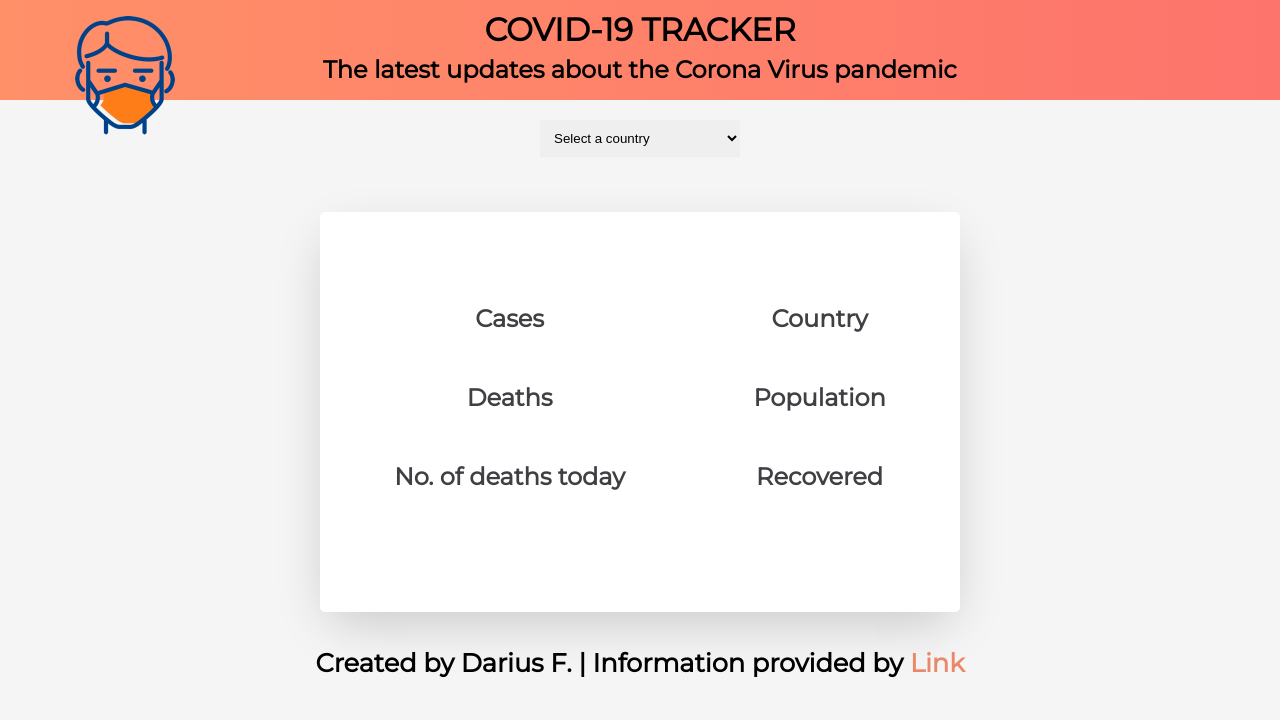
Repository: dariusfarcasanu/Covid-Tracker
Page: index.html
The author's editor kept a copy of each file at every save. The page is drawn from the files as they stood at one save, then again after the next save.
The browser window is 1280 px wide. The pictures show the whole page.
The page's requests for data from a server got no answer.

Above is the page before, as saved 2021-05-12 16:19:04.

After the next save:
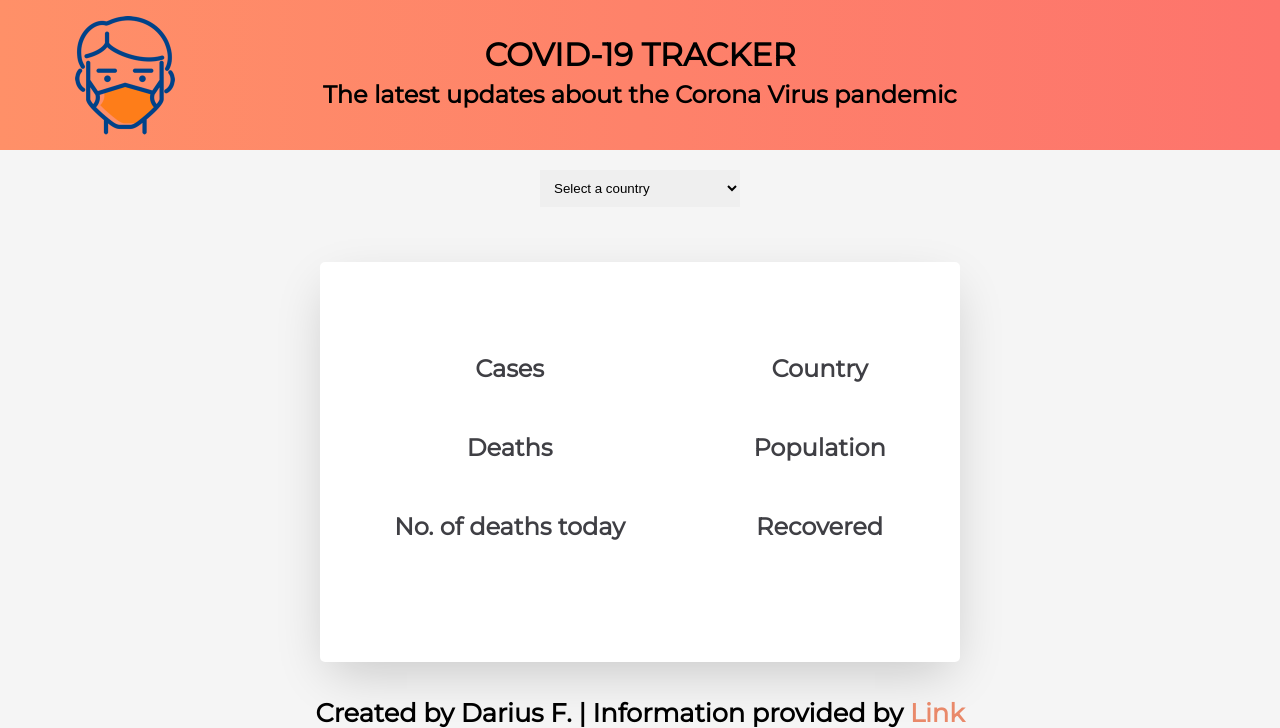
Saved 4 s later.
--- a/styles.css
+++ b/styles.css
@@ -25,7 +25,7 @@ header {
   background: linear-gradient(to right, #ff9068, #fd746c);
   text-align: center;
   line-height: 2.5rem;
-  height: 100px;
+  height: 150px;
   padding: 20px;
   display: flex;
   justify-content: center;
